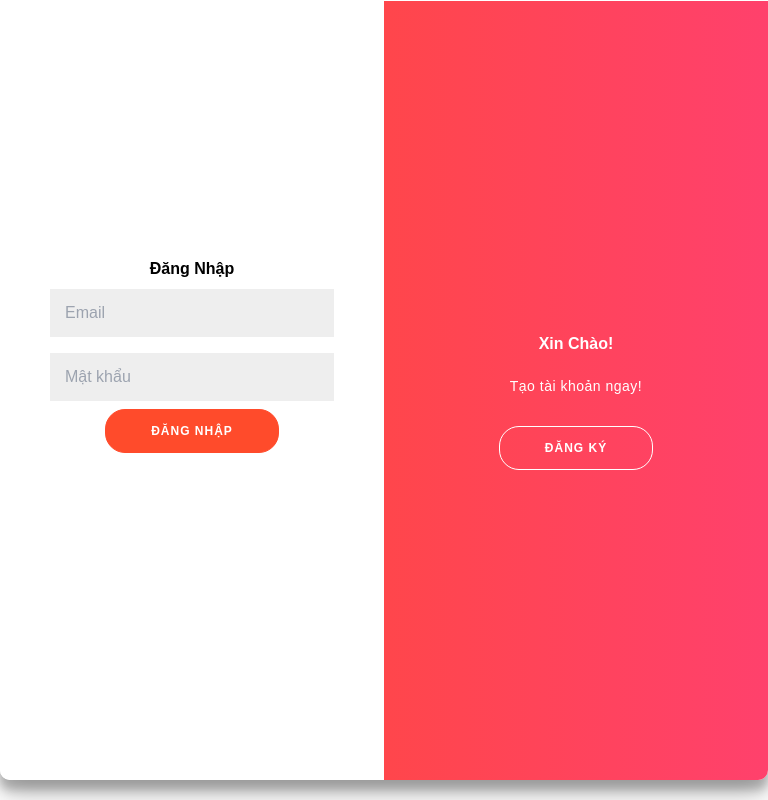
Repository: BlackWolf2002/project_airbn_react
Page: /
The author's editor kept a copy of each file at every save. The page is drawn from the files as they stood at one save, then again after the next save.
The browser window is 768 px wide. The pictures show the whole page.
The project was rebuilt for these pictures with package versions that can differ from the ones it lists, and the page was loaded fresh each time. Also part of the build but not shown: vite.config.js.

Above is the page before, as saved 2025-02-04 23:52:56.

After the next save:
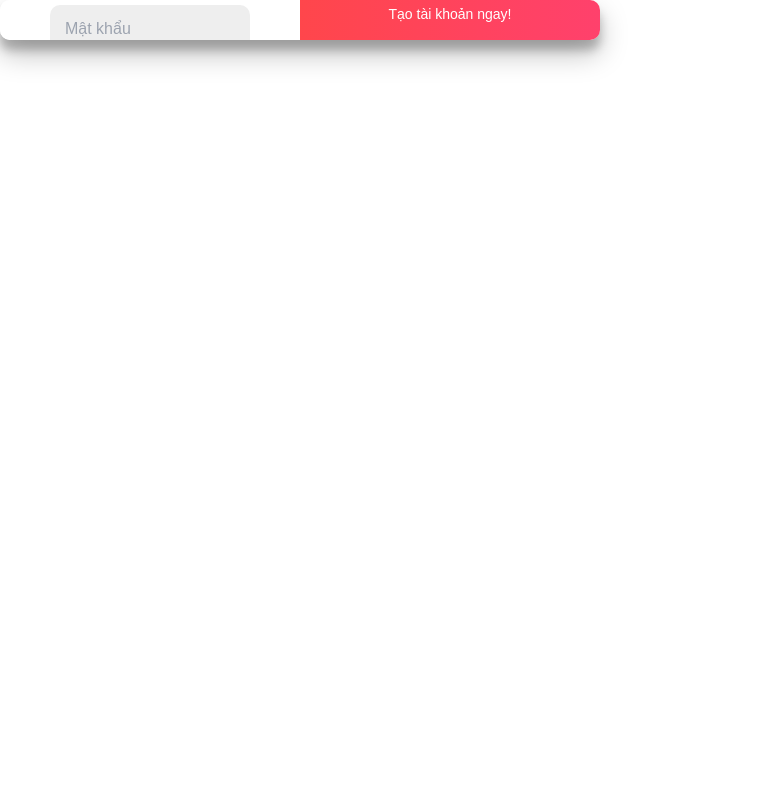
Saved 3 min 18 s later.
--- a/src/style/Login.css
+++ b/src/style/Login.css
@@ -1,42 +1,53 @@
+/* Cải tiến giao diện với CSS */
 .container-login {
     background-color: #fff;
     border-radius: 10px;
     box-shadow: 0 14px 28px rgba(0, 0, 0, 0.25), 0 10px 10px rgba(0, 0, 0, 0.22);
     position: relative;
     overflow: hidden;
-    max-width: 100%;
-    min-height: 480px;
+    width: 100%;
+    max-width: 600px;
+    height: 500px;
+    display: flex;
+    justify-content: center;
+    align-items: center;
+    padding: 30px;
     font-family: "Montserrat", sans-serif;
-    height: 100vh;
-    margin: -20px 0;
+    color: #fff;
 }
 
 .container-login h1 {
     font-weight: bold;
     margin: 0;
+    font-size: 2.5rem;
+    color: #ff4b2b;
 }
 
 .container-login h2 {
     text-align: center;
+    margin: 0;
 }
 
 .container-login p {
     font-size: 14px;
     font-weight: 100;
     line-height: 20px;
-    letter-spacing: 0.5px;
     margin: 20px 0 30px;
 }
 
-.container-login span {
-    font-size: 12px;
-}
-
-.container-login a {
-    color: #333;
-    font-size: 14px;
-    text-decoration: none;
-    margin: 15px 0;
+.container-login input {
+    background-color: #eee;
+    border: none;
+    padding: 12px 15px;
+    margin: 8px 0;
+    width: 100%;
+    border-radius: 10px;
+    font-size: 1rem;
+}
+
+.container-login input:focus {
+    outline: none;
+    box-shadow: 0 0 8px rgba(0, 0, 255, 0.4);
 }
 
 .container-login button {
@@ -50,6 +61,7 @@
     letter-spacing: 1px;
     text-transform: uppercase;
     transition: transform 80ms ease-in;
+    width: 100%;
 }
 
 .container-login button:active {
@@ -76,14 +88,6 @@
     text-align: center;
 }
 
-.container-login input {
-    background-color: #eee;
-    border: none;
-    padding: 12px 15px;
-    margin: 8px 0;
-    width: 100%;
-}
-
 .container-login .form-container {
     position: absolute;
     top: 0;
@@ -105,7 +109,6 @@
     left: 0;
     width: 50%;
     opacity: 0;
-    /* z-index: 1; */
 }
 
 .container-login.right-panel-active .sign-up-container {
@@ -131,7 +134,7 @@
 
 .overlay-container {
     position: absolute;
-    top: 21px;
+    top: 0;
     left: 50%;
     width: 50%;
     height: 100%;
@@ -145,18 +148,12 @@
 }
 
 .overlay {
-    background: #ff416c;
-    background: -webkit-linear-gradient(to right, #ff4b2b, #ff416c);
     background: linear-gradient(to right, #ff4b2b, #ff416c);
-    background-repeat: no-repeat;
-    background-size: cover;
-    background-position: 0 0;
     color: #ffffff;
     position: relative;
     left: -100%;
     height: 100%;
     width: 200%;
-    transform: translateX(0);
     transition: transform 0.6s ease-in-out;
 }
 
@@ -210,3 +207,30 @@
     height: 40px;
     width: 40px;
 }
+
+.container-login .message {
+    font-size: 1rem;
+    color: red;
+    margin-top: 15px;
+}
+
+/* Mobile Responsiveness */
+@media (max-width: 768px) {
+    .container-login {
+        width: 100%;
+        height: auto;
+        padding: 20px;
+    }
+
+    .container-login h1 {
+        font-size: 2rem;
+    }
+
+    .container-login button {
+        font-size: 1rem;
+    }
+
+    .overlay-panel {
+        font-size: 0.9rem;
+    }
+}
